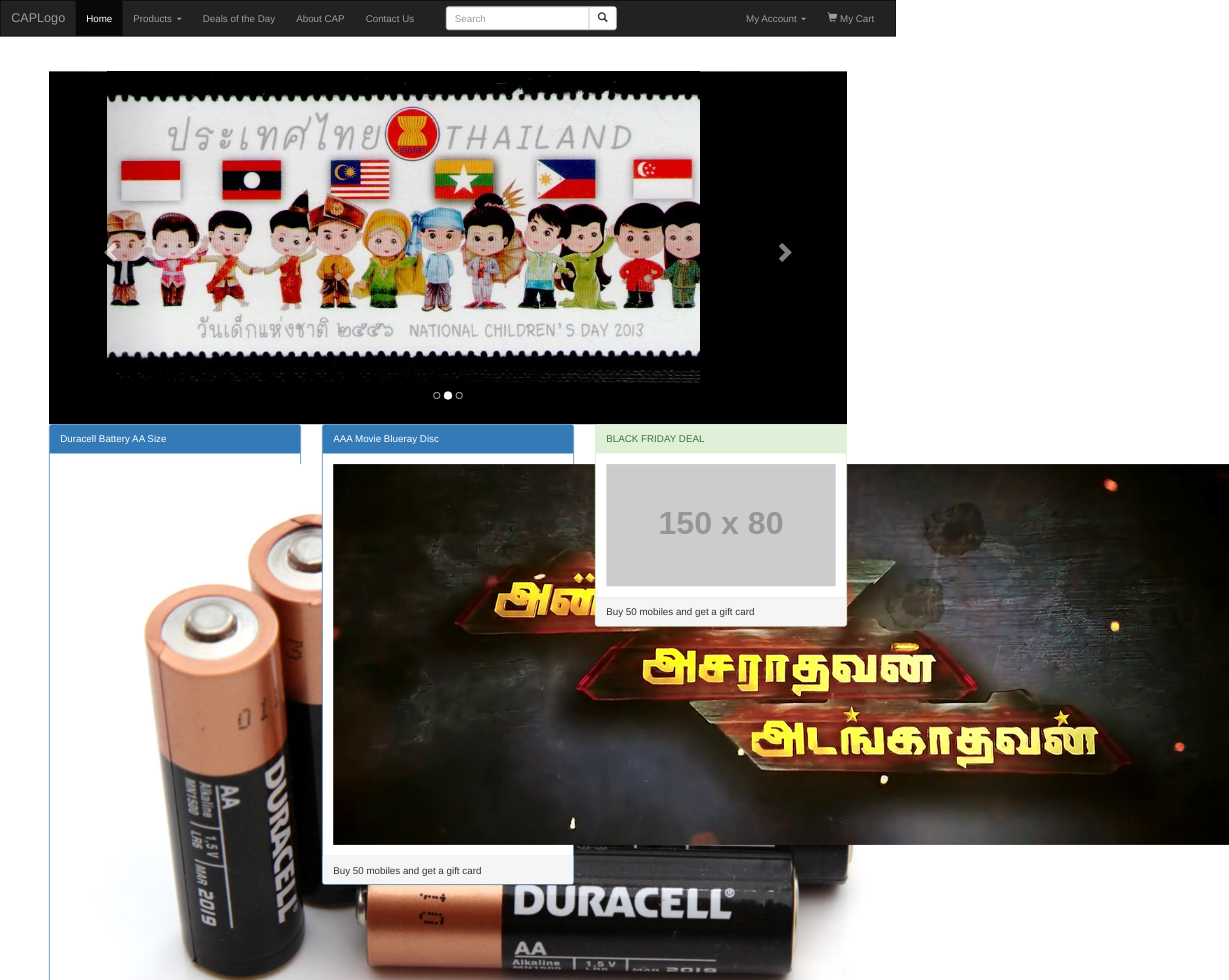
Repository: Guru-Raghavendran/CoinsAndPapers_webapp
Page: http://localhost/FrontEnd/WEB-INF/views/Home.jsp
The author's editor kept a copy of each file at every save. The page is drawn from the files as they stood at one save, then again after the next save.
The browser window is 1280 px wide. The page is 1756 px wide, so the pictures cover 1756 px, including what lies to the right of the window. The pictures show the part of the page from y = 0 to 1400 px (the page is 2304 px tall), at 70% of full size.
The page is served by Tomcat 9. Nobody is signed in. The template is opened directly, without the code that normally fills it, so the values that code supplies are empty.

Above is the page before, as saved 2018-04-16 07:21:28.

After the next save:
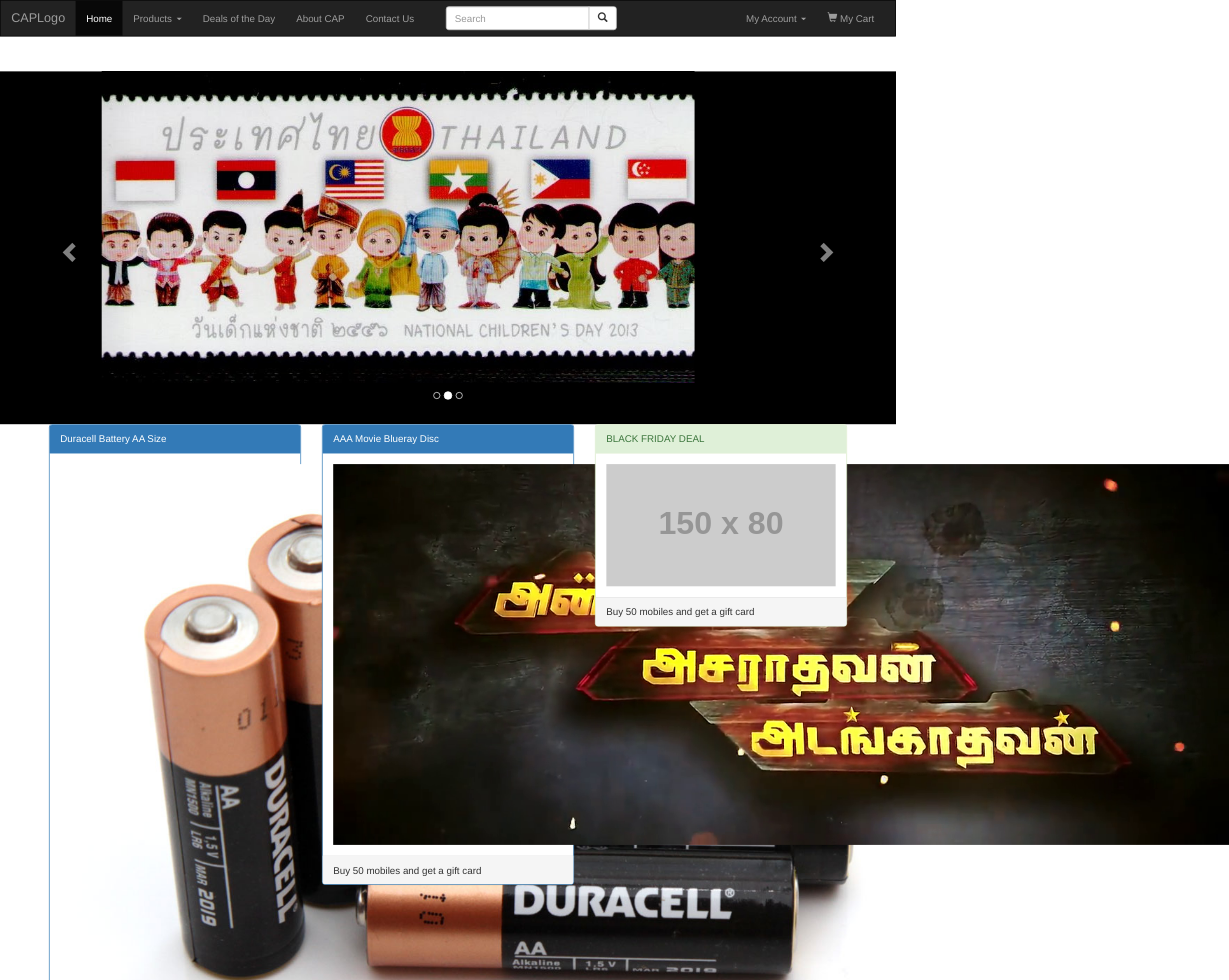
Saved 26 s later.
--- a/FrontEnd/src/main/webapp/WEB-INF/views/Home.jsp
+++ b/FrontEnd/src/main/webapp/WEB-INF/views/Home.jsp
@@ -53,7 +53,7 @@
 
 
 
-	<div class="container fluid">
+
 	<div id="myCarousel" class="carousel slide" data-ride="carousel">
   <!-- Indicators -->
   <ol class="carousel-indicators">
@@ -88,8 +88,6 @@
   </a>
 </div>
 
-
-</div>
 
 	<div class="container">
 		<div class="row">
